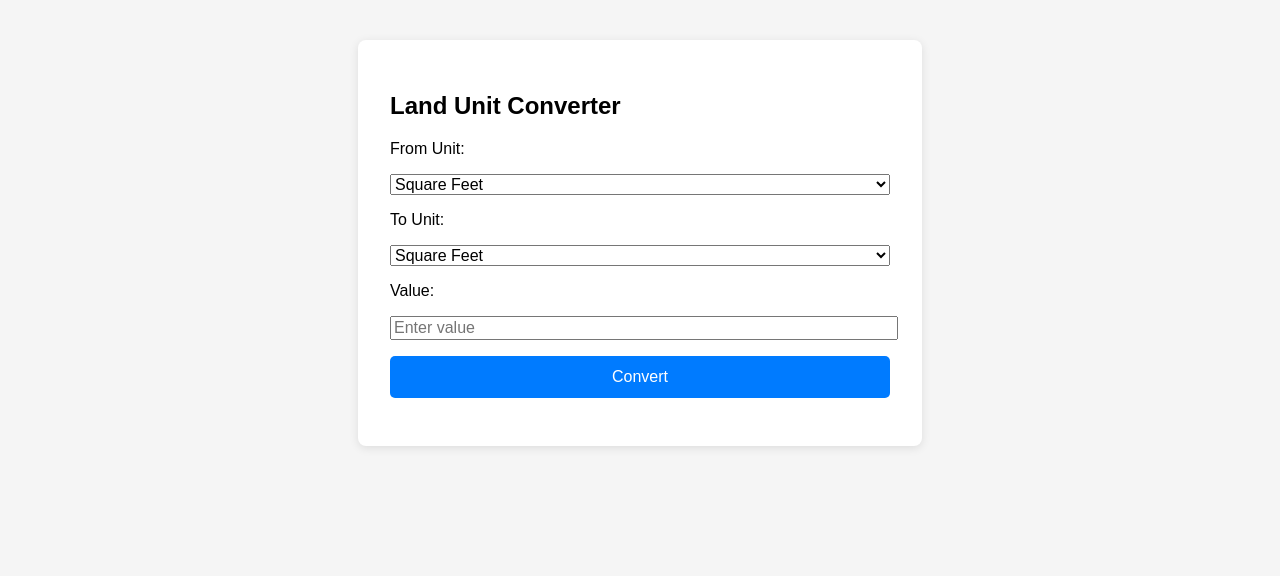
Repository: smriad/bdland
Page: http://localhost/
The author's editor kept a copy of each file at every save. The page is drawn from the files as they stood at one save, then again after the next save.
The browser window is 1280 px wide. The pictures show the whole page.
The page is run by PHP 8.4 with error messages shown; the project is at /var/www/html/.

Above is the page before, as saved 2025-07-22 16:07:11.

### index.php
<!DOCTYPE html>
<html lang="en">
<head>
  <meta charset="UTF-8">
  <meta name="viewport" content="width=device-width, initial-scale=1.0">
  <title>Land Unit Converter</title>
  <style>
    body {
      font-family: Arial, sans-serif;
      padding: 2rem;
      background-color: #f5f5f5;
    }
    .container {
      background: #fff;
      border-radius: 8px;
      padding: 2rem;
      box-shadow: 0 2px 10px rgba(0,0,0,0.1);
      max-width: 500px;
      margin: auto;
    }
    label, select, input, button {
      display: block;
      width: 100%;
      margin-bottom: 1rem;
      font-size: 1rem;
    }
    button {
      background-color: #007BFF;
      color: white;
      border: none;
      padding: 0.75rem;
      border-radius: 5px;
      cursor: pointer;
    }
    button:hover {
      background-color: #0056b3;
    }
    .result {
      font-size: 1.2rem;
      margin-top: 1rem;
      font-weight: bold;
    }
  </style>
</head>
<body>
  <div class="container">
    <h2>Land Unit Converter</h2>
    <label for="from">From Unit:</label>
    <select id="from"></select>

    <label for="to">To Unit:</label>
    <select id="to"></select>

    <label for="value">Value:</label>
    <input type="number" id="value" placeholder="Enter value" />

    <button onclick="convert()">Convert</button>

    <div class="result" id="result"></div>
  </div>

  <script>
    const units = {
      "Square Feet": 1,
      "Shotangsho": 435.6,
      "Decimal": 435.6,
      "Kattah": 720,
      "Bigha": 14400,
      "Acre": 43560,
      "Kani": 17280,
      "Gonda": 864,
      "Kora": 216,
      "Kranti": 72,
      "Til": 3.6,
      "Chotak": 45,
      "Square Meter": 10.7639,
      "Square Yard": 9,
      "Square Hat": 2.25,
      "Square Link": 0.4356
    };

    const fromSelect = document.getElementById("from");
    const toSelect = document.getElementById("to");

    for (let unit in units) {
      let option1 = document.createElement("option");
      let option2 = document.createElement("option");
      option1.text = option2.text = unit;
      option1.value = option2.value = unit;
      fromSelect.add(option1);
      toSelect.add(option2);
    }

    function convert() {
      const from = document.getElementById("from").value;
      const to = document.getElementById("to").value;
      const value = parseFloat(document.getElementById("value").value);

      if (!value || !units[from] || !units[to]) {
        document.getElementById("result").innerText = "Please enter valid inputs.";
        return;
      }

      const result = (value * units[from]) / units[to];
      document.getElementById("result").innerText = `${value} ${from} = ${result.toFixed(4)} ${to}`;
    }
  </script>
</body>
</html>

After the next save:
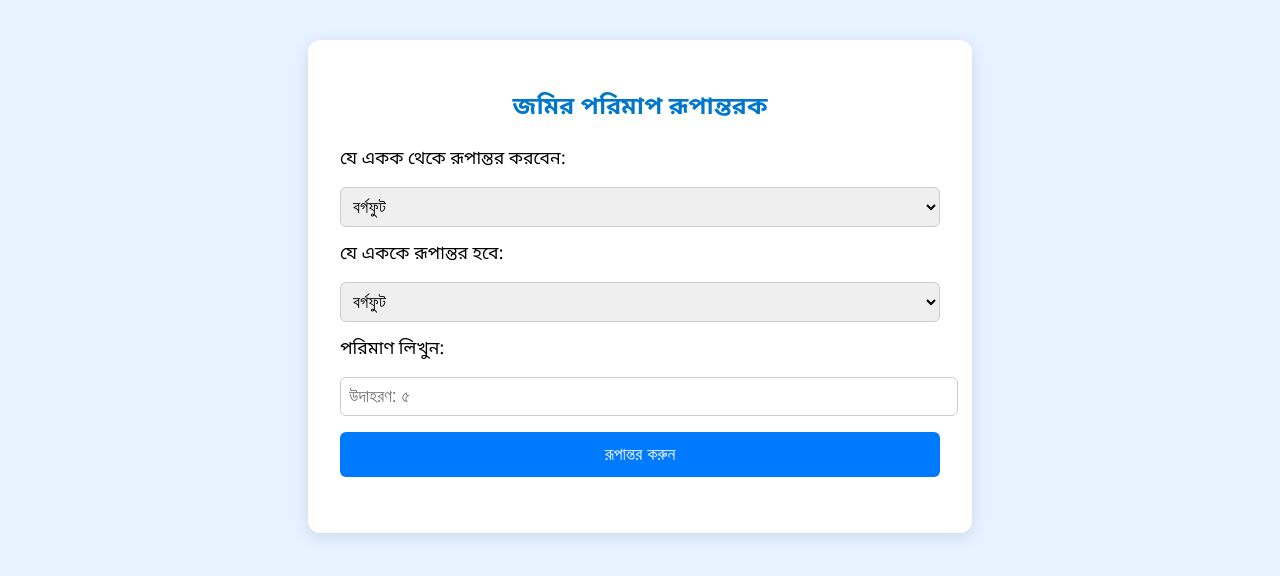
Saved 6 min 10 s later.
--- a/index.php
+++ b/index.php
@@ -1,82 +1,110 @@
 <!DOCTYPE html>
-<html lang="en">
+<html lang="bn">
 <head>
   <meta charset="UTF-8">
   <meta name="viewport" content="width=device-width, initial-scale=1.0">
-  <title>Land Unit Converter</title>
+  <title>জমির পরিমাপ রূপান্তরক | Bangladesh Land Unit Converter</title>
+  <meta name="description" content="বাংলাদেশের জমির একক রূপান্তরক - কাঠা, বিঘা, শতক, একর, স্কয়ার ফুট, স্কয়ার মিটার, কানি, গন্ডা সহ সকল ভূমি পরিমাপ এককের কনভার্টার।">
+  <meta name="keywords" content="Land Unit Converter, জমির একক রূপান্তর, Bangladesh land unit conversion, কাঠা, বিঘা, একর, শতক, কানি, গন্ডা, square feet to bigha, bigha to katha, shotok to acre">
+  <meta name="author" content="OpenAI | Riad">
+  <meta name="robots" content="index, follow">
+  <meta property="og:title" content="Bangladesh Land Unit Converter | জমির পরিমাপ রূপান্তরক">
+  <meta property="og:description" content="বাংলাদেশের জনপ্রিয় ভূমি এককসমূহের সহজ রূপান্তরক টুল।">
+  <meta property="og:type" content="website">
+  <meta property="og:image" content="https://example.com/land-converter-thumbnail.jpg">
+  <meta property="og:url" content="https://example.com/land-unit-converter">
+  <meta name="twitter:card" content="summary_large_image">
+  <meta name="twitter:title" content="Bangladesh Land Unit Converter">
+  <meta name="twitter:description" content="Convert land area units like কাঠা, বিঘা, শতক, একর with ease.">
+  <meta name="twitter:image" content="https://example.com/land-converter-thumbnail.jpg">
+  <link rel="canonical" href="https://example.com/land-unit-converter" />
+  <link href="https://fonts.googleapis.com/css2?family=Noto+Sans+Bengali&display=swap" rel="stylesheet">
   <style>
     body {
-      font-family: Arial, sans-serif;
+      font-family: 'Noto Sans Bengali', sans-serif;
       padding: 2rem;
-      background-color: #f5f5f5;
+      background-color: #e6f2ff;
     }
     .container {
-      background: #fff;
-      border-radius: 8px;
+      background: #ffffff;
+      border-radius: 12px;
       padding: 2rem;
-      box-shadow: 0 2px 10px rgba(0,0,0,0.1);
-      max-width: 500px;
+      box-shadow: 0 4px 16px rgba(0,0,0,0.1);
+      max-width: 600px;
       margin: auto;
+    }
+    h2 {
+      text-align: center;
+      margin-bottom: 1.5rem;
+      color: #0077cc;
     }
     label, select, input, button {
       display: block;
       width: 100%;
       margin-bottom: 1rem;
-      font-size: 1rem;
+      font-size: 1.1rem;
+    }
+    select, input {
+      padding: 0.5rem;
+      border: 1px solid #ccc;
+      border-radius: 6px;
     }
     button {
       background-color: #007BFF;
       color: white;
       border: none;
       padding: 0.75rem;
-      border-radius: 5px;
+      border-radius: 6px;
       cursor: pointer;
+      font-size: 1.1rem;
     }
     button:hover {
       background-color: #0056b3;
     }
     .result {
-      font-size: 1.2rem;
-      margin-top: 1rem;
+      font-size: 1.3rem;
+      margin-top: 1.5rem;
       font-weight: bold;
+      color: #333;
+      text-align: center;
     }
   </style>
 </head>
 <body>
   <div class="container">
-    <h2>Land Unit Converter</h2>
-    <label for="from">From Unit:</label>
+    <h2>জমির পরিমাপ রূপান্তরক</h2>
+    <label for="from">যে একক থেকে রূপান্তর করবেন:</label>
     <select id="from"></select>
 
-    <label for="to">To Unit:</label>
+    <label for="to">যে এককে রূপান্তর হবে:</label>
     <select id="to"></select>
 
-    <label for="value">Value:</label>
-    <input type="number" id="value" placeholder="Enter value" />
+    <label for="value">পরিমাণ লিখুন:</label>
+    <input type="number" id="value" placeholder="উদাহরণ: ৫" />
 
-    <button onclick="convert()">Convert</button>
+    <button onclick="convert()">রূপান্তর করুন</button>
 
     <div class="result" id="result"></div>
   </div>
 
   <script>
     const units = {
-      "Square Feet": 1,
-      "Shotangsho": 435.6,
-      "Decimal": 435.6,
-      "Kattah": 720,
-      "Bigha": 14400,
-      "Acre": 43560,
-      "Kani": 17280,
-      "Gonda": 864,
-      "Kora": 216,
-      "Kranti": 72,
-      "Til": 3.6,
-      "Chotak": 45,
-      "Square Meter": 10.7639,
-      "Square Yard": 9,
-      "Square Hat": 2.25,
-      "Square Link": 0.4356
+      "বর্গফুট": 1,
+      "শতাংশ (শতক)": 435.6,
+      "ডেসিমেল": 435.6,
+      "কাঠা": 720,
+      "বিঘা": 14400,
+      "একর": 43560,
+      "কানি": 17280,
+      "গন্ডা": 864,
+      "কোরা": 216,
+      "কান্তি": 72,
+      "তিল": 3.6,
+      "ছটাক": 45,
+      "বর্গমিটার": 10.7639,
+      "বর্গগজ": 9,
+      "বর্গহাত": 2.25,
+      "বর্গলিংক": 0.4356
     };
 
     const fromSelect = document.getElementById("from");
@@ -97,7 +125,7 @@
       const value = parseFloat(document.getElementById("value").value);
 
       if (!value || !units[from] || !units[to]) {
-        document.getElementById("result").innerText = "Please enter valid inputs.";
+        document.getElementById("result").innerText = "অনুগ্রহ করে সঠিক পরিমাণ এবং একক নির্বাচন করুন।";
         return;
       }
 
